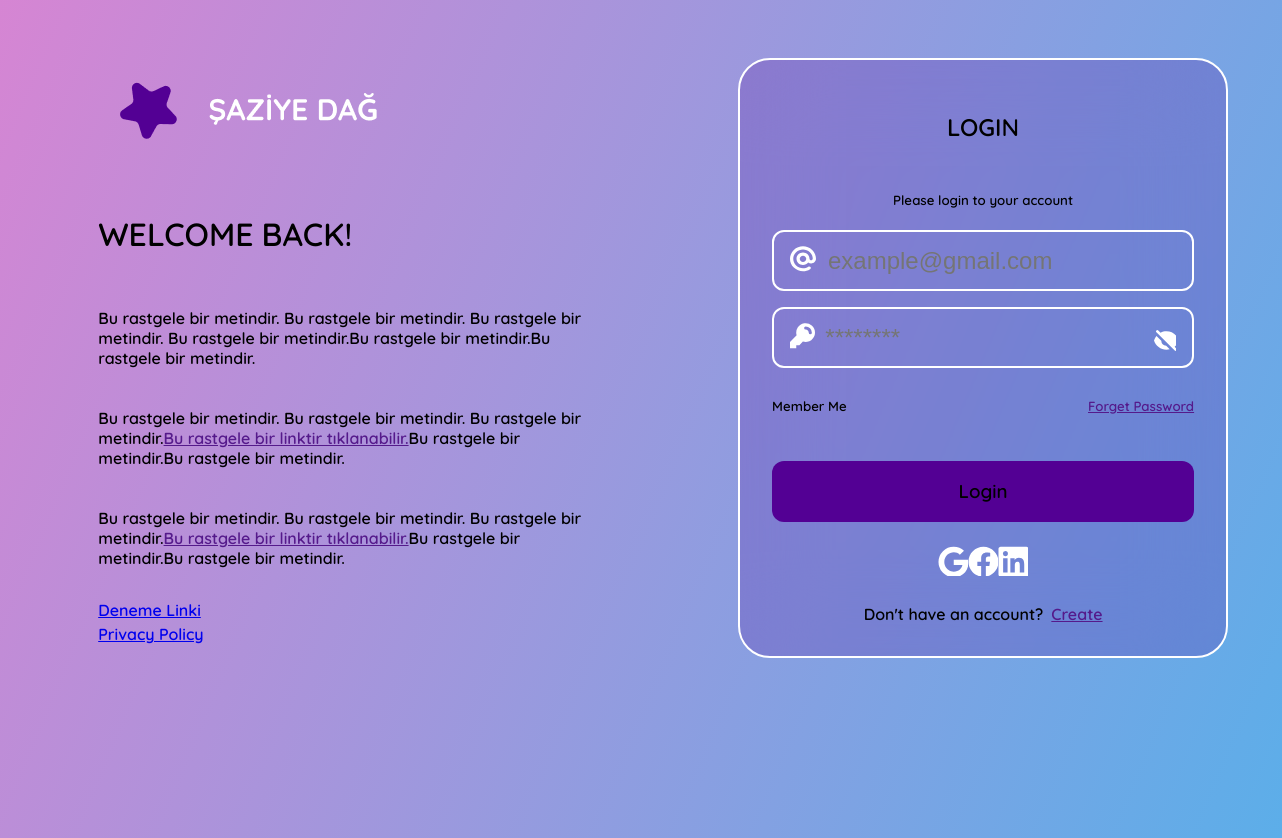
Repository: szydag/login
Page: /
These files come from the project's save history. The page is drawn as it stood at one moment and after the next save; the edit follows.
The browser window is 1280 px wide. The page is 1282 px wide, so the pictures cover 1282 px, including what lies to the right of the window. The pictures show the whole page.
The project was rebuilt for these pictures with package versions that can differ from the ones it lists, and the page was loaded fresh each time. Also part of the build but not shown: src/assets/svgr/unhiddenIcon/index.js.

Above is the page before, as saved 2023-11-02 00:46:22.

After the next save:
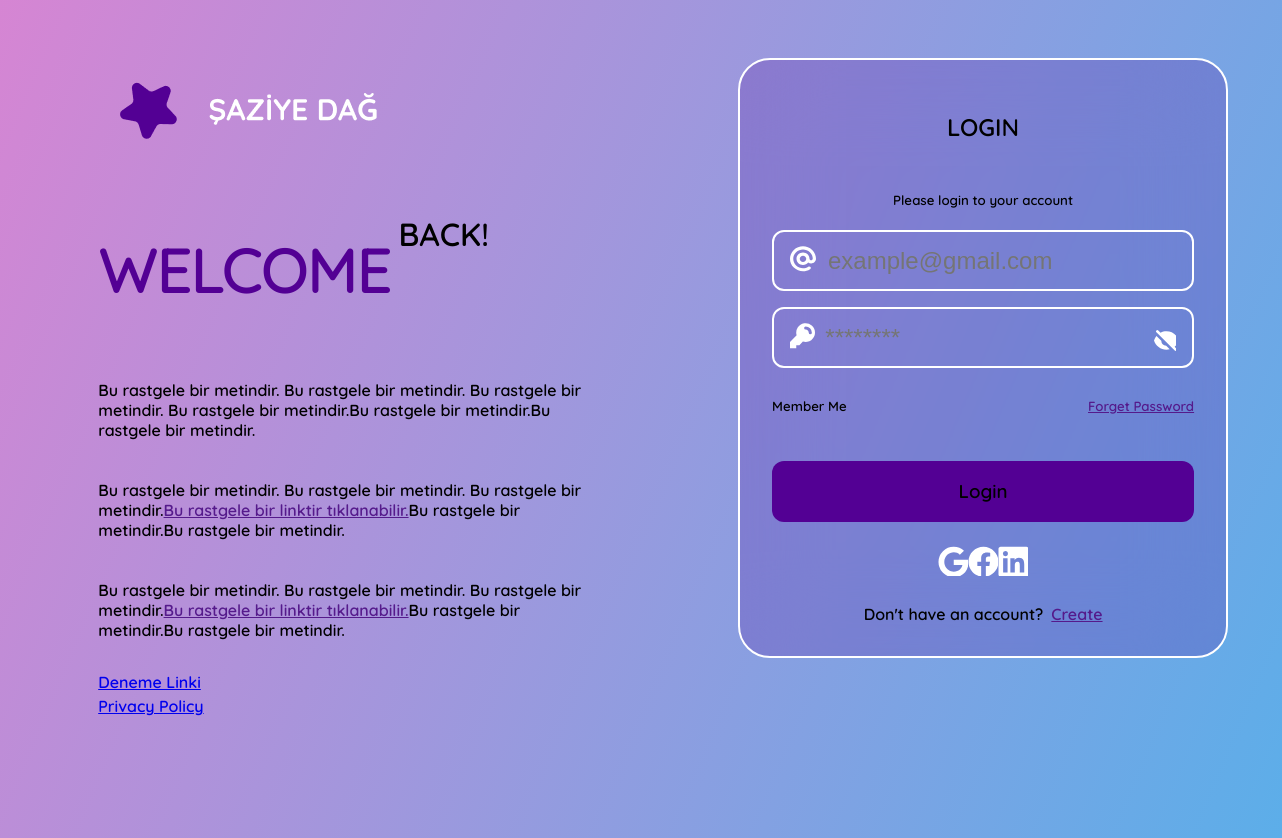
Saved 62 s later.
--- a/src/app/pages/login/index.js
+++ b/src/app/pages/login/index.js
@@ -35,7 +35,7 @@ const LoginPage = () => {
                         className={classes.title}
                     >
                         <h1
-                            className={classes.contentText}
+                            className={classes.welcomeText}
                         >
                             WELCOME
                         </h1>
